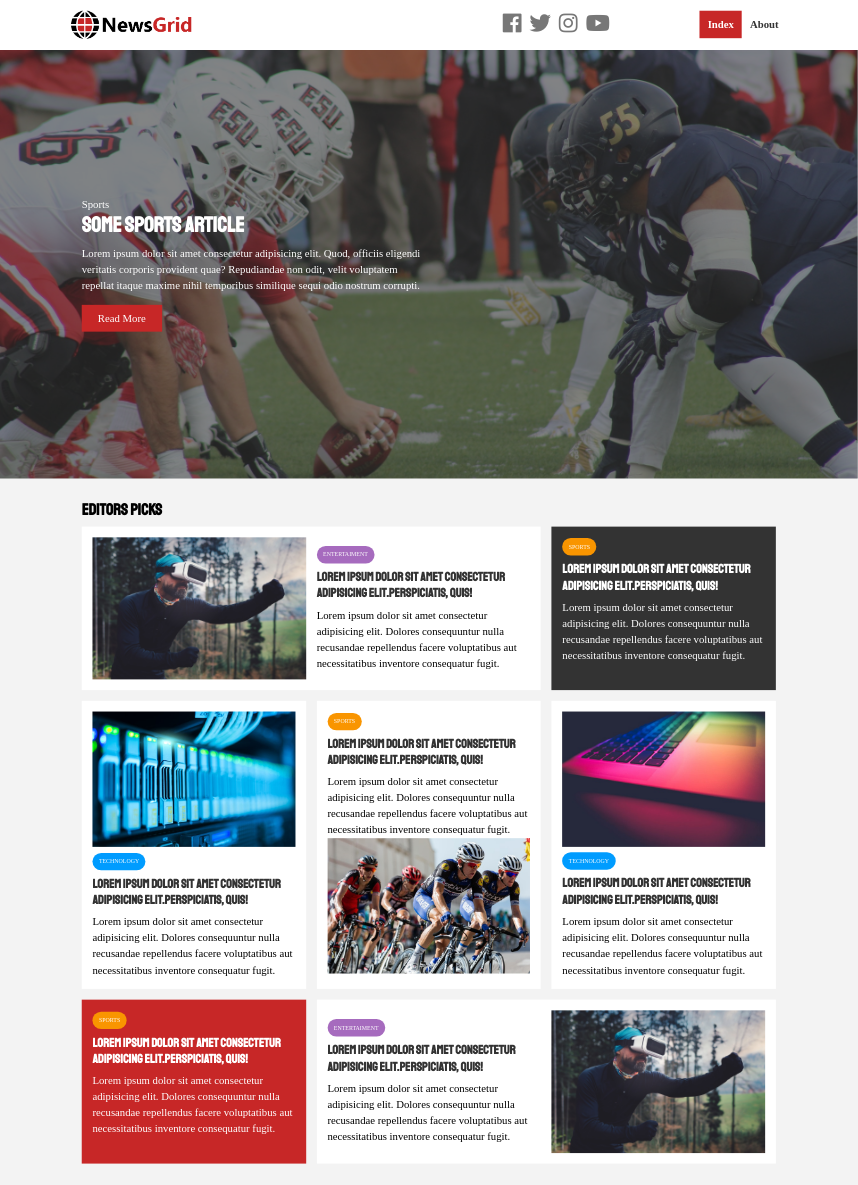
Repository: minhtien9/newsgrid
Page: index.html
The author's editor kept a copy of each file at every save. The page is drawn from the files as they stood at one save, then again after the next save.
The browser window is 1280 px wide. The pictures show the whole page, at 67% of full size.
Some web libraries are served in a nearby version.

Above is the page before, as saved 2021-08-25 21:53:43.

After the next save:
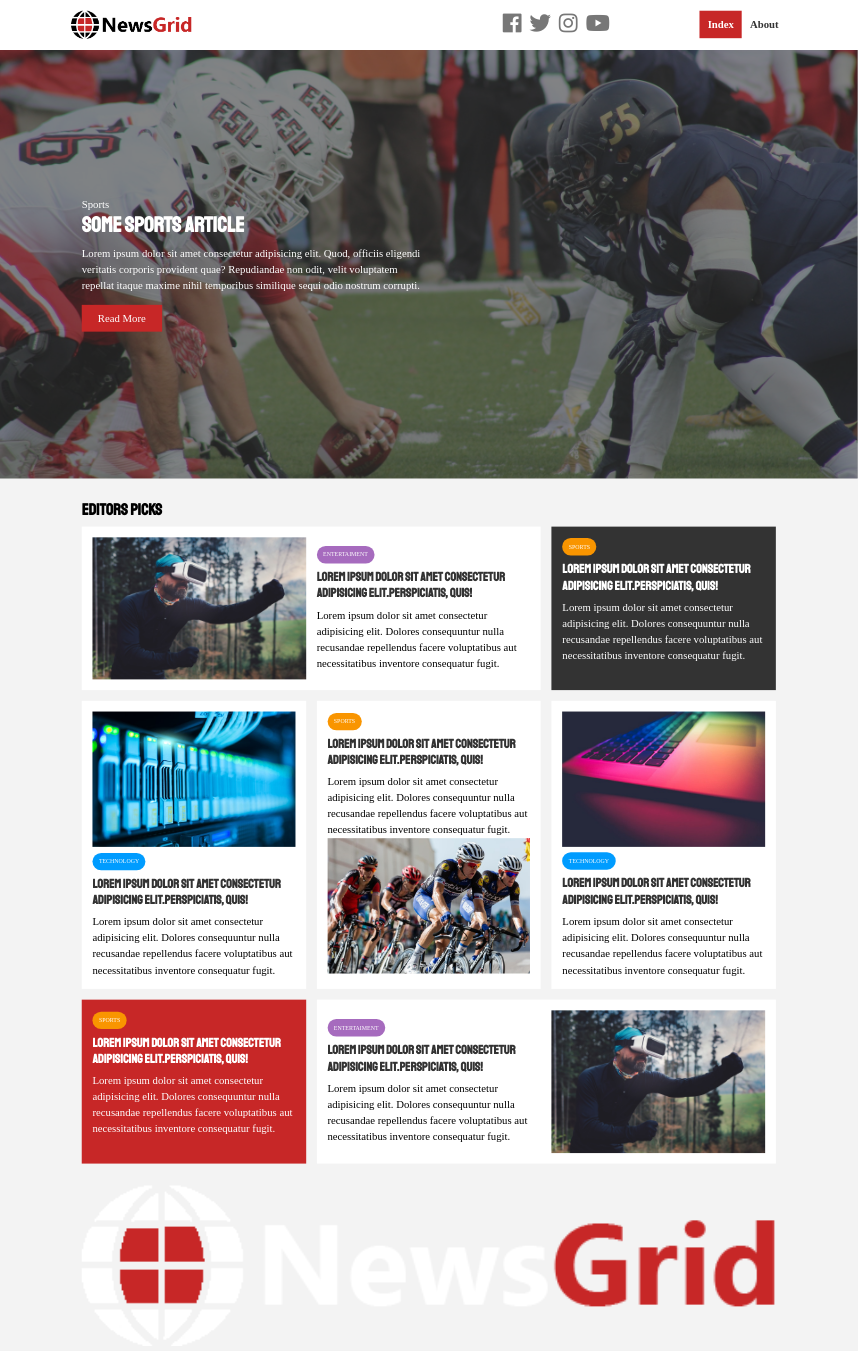
Saved 3 min 3 s later.
--- a/index.html
+++ b/index.html
@@ -163,5 +163,12 @@
         </div>
       </div>
     </section>
+
+    <!-- Footer -->
+    <footer id="main-footer">
+      <div class="container footer-container">
+        <img src="img/logo_light.png" alt="NewsGrid" />
+      </div>
+    </footer>
   </body>
 </html>
